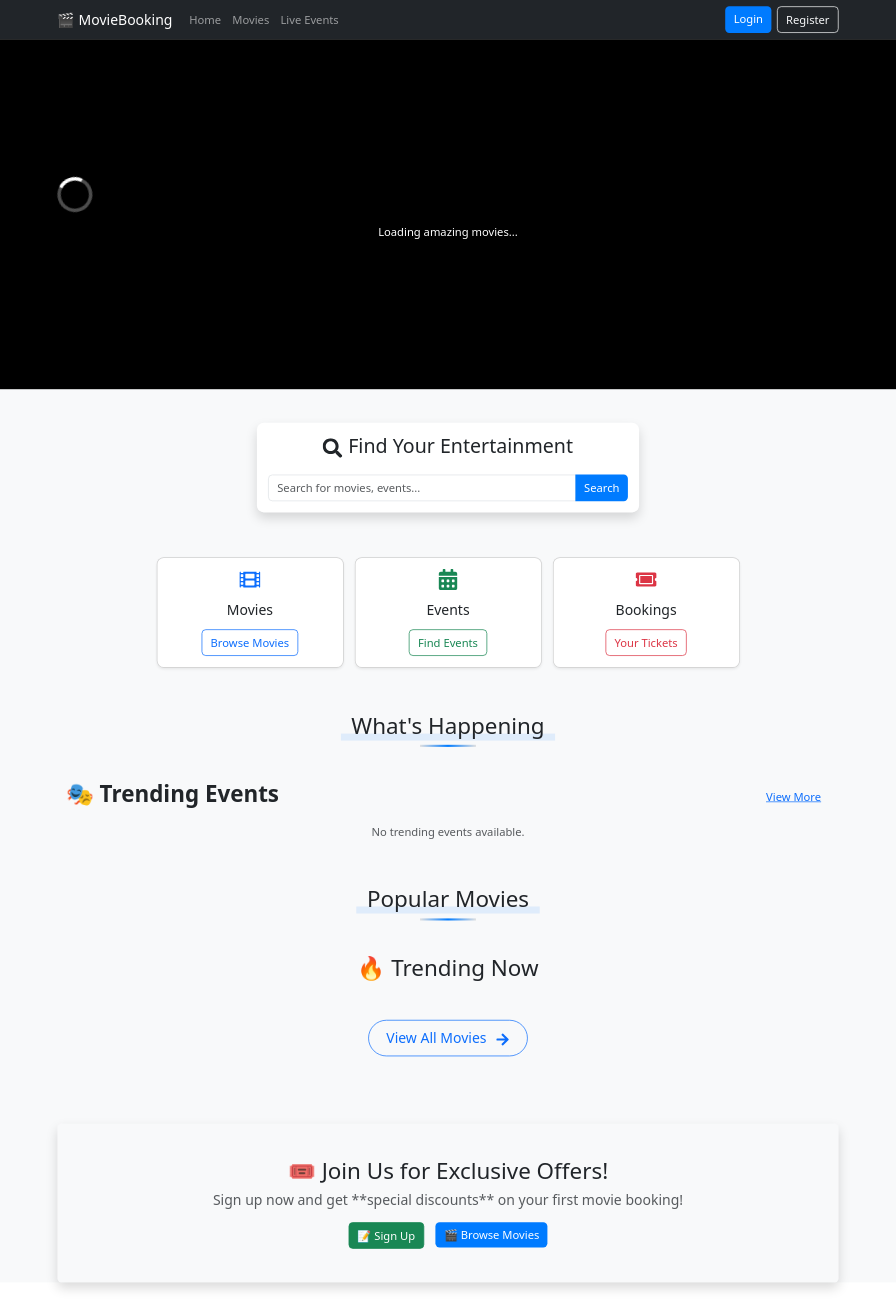
Repository: AshwinUgale/MovieBookingFrontend
Page: /
The author's editor kept a copy of each file at every save. The page is drawn from the files as they stood at one save, then again after the next save.
The browser window is 1280 px wide. The pictures show the whole page, at 70% of full size.
The page's requests for data from a server got no answer. The project was rebuilt for these pictures with package versions that can differ from the ones it lists, and the page was loaded fresh each time. No one was signed in, and anything a server would have sent is missing. Also part of the build but not shown: src/pages/LoginPage.js, src/pages/RegisterPage.js, src/pages/DashboardPage.js, src/utils/PrivateRoute.js, src/components/GenreSection.js, src/pages/MovieList.js, src/pages/ShowtimesPage.js, src/pages/AdminMoviePage.js and 8 more.

Above is the page before, as saved 2025-03-31 00:57:05.

### src/index.js
import React from 'react';
import ReactDOM from 'react-dom/client';
import 'bootstrap/dist/css/bootstrap.min.css';


import App from './App';


const root = ReactDOM.createRoot(document.getElementById('root'));
root.render(
  <React.StrictMode>
    <App />
  </React.StrictMode>
);

### src/App.js
import { BrowserRouter as Router, Routes, Route } from "react-router-dom";
import HomePage from "./pages/HomePage";
import LoginPage from "./pages/LoginPage";
import RegisterPage from "./pages/RegisterPage";
import DashboardPage from "./pages/DashboardPage";
import PrivateRoute from "./utils/PrivateRoute";
import MovieList from "./pages/MovieList";
import ShowtimesPage from "./pages/ShowtimesPage";
import AdminMoviePage from "./pages/AdminMoviePage";
import AdminShowtimePage from "./pages/AdminShowtimePage";
import ShowtimePage from "./pages/ShowtimePage";
import PaymentPage from "./pages/PaymentPage";
import BookingHistoryPage from "./pages/BookingHistoryPage";
import CustomNavbar from "./components/Navbar";
import AuthProvider from "./context/AuthContext";
import Events from "./pages/Events";



function App() {
  return (
    <AuthProvider>
    <Router>
      <CustomNavbar/>
      <Routes>
        {/* Public Routes */}
        <Route path="/" element={<HomePage />} />
        <Route path="/login" element={<LoginPage />} />
        <Route path="/register" element={<RegisterPage />} />
        <Route path="/movies" element={<MovieList />} />  {/* ✅ Updated path */}
        <Route path="/events" element={<Events />} />
        <Route path="/showtimes/fake/:movieId" element={<ShowtimesPage />} />  {/* ✅ Updated path */}
        <Route path="/showtime/:showtimeId" element={<ShowtimePage />} />
        <Route path="/payment/:bookingId" element={<PaymentPage />} />

        {/* Protected Routes */}
        <Route path="/dashboard" element={<PrivateRoute component={DashboardPage} />} />
        <Route path="/admin/movies" element={<PrivateRoute component={AdminMoviePage} />} />
        <Route path="/admin/showtimes" element={<PrivateRoute component={AdminShowtimePage} />} />
        <Route path="/bookings" element={<PrivateRoute component={BookingHistoryPage} />} />
      </Routes>
    </Router>
    </AuthProvider>
  );
}

export default App;

### src/components/Navbar.js
import { Link } from "react-router-dom";
import { useContext } from "react";
import { AuthContext } from "../context/AuthContext"; // ✅ Import AuthContext
import { Navbar, Nav, Container, Button } from "react-bootstrap"; // ✅ Import Bootstrap components

const CustomNavbar = () => {
    const { isAuthenticated, logout } = useContext(AuthContext); // ✅ Use authentication state

    return (
        <Navbar bg="dark" variant="dark" expand="lg">
            <Container>
                <Navbar.Brand as={Link} to="/">🎬 MovieBooking</Navbar.Brand>
                <Navbar.Toggle aria-controls="basic-navbar-nav" />
                <Navbar.Collapse id="basic-navbar-nav">
                    <Nav className="me-auto">
                        <Nav.Link as={Link} to="/">Home</Nav.Link>
                        <Nav.Link as={Link} to="/movies">Movies</Nav.Link>
                        <Nav.Link as={Link} to="/events">Live Events</Nav.Link>
                        {isAuthenticated && <Nav.Link as={Link} to="/bookings">My Bookings</Nav.Link>}
                    </Nav>
                    <Nav>
                        {!isAuthenticated ? (
                            <>
                                <Button variant="primary" as={Link} to="/login" className="mx-2">Login</Button>
                                <Button variant="outline-light" as={Link} to="/register">Register</Button>
                            </>
                        ) : (
                            <Button variant="outline-light" onClick={logout}>Logout</Button>
                        )}
                    </Nav>
                </Navbar.Collapse>
            </Container>
        </Navbar>
    );
};

export default CustomNavbar;

### src/context/AuthContext.js
import { createContext, useState, useEffect } from "react";

export const AuthContext = createContext();

const AuthProvider = ({ children }) => {
    const [isAuthenticated, setIsAuthenticated] = useState(!!localStorage.getItem("token"));

    useEffect(() => {
        const handleStorageChange = () => {
            setIsAuthenticated(!!localStorage.getItem("token"));
        };

        window.addEventListener("storage", handleStorageChange);

        return () => {
            window.removeEventListener("storage", handleStorageChange);
        };
    }, []);

    const login = (token) => {
        localStorage.setItem("token", token);
        setIsAuthenticated(true);
    };

    const logout = () => {
        localStorage.removeItem("token");
        setIsAuthenticated(false);
    };

    return (
        <AuthContext.Provider value={{ isAuthenticated, login, logout }}>
            {children}
        </AuthContext.Provider>
    );
};

export default AuthProvider;

### src/components/HeroSection.js
import React, { useEffect, useState } from "react";
import { Carousel, Container, Button, Row, Col, Badge } from "react-bootstrap";
import { fetchMovies } from "../services/api";
import { FaChevronLeft, FaChevronRight, FaStar, FaInfoCircle, FaTicketAlt, FaPlay } from "react-icons/fa";

const HeroSection = () => {
  const [movies, setMovies] = useState([]);
  const [loading, setLoading] = useState(true);
  const [index, setIndex] = useState(0);
  const [isTransitioning, setIsTransitioning] = useState(false);

  useEffect(() => {
    async function loadMovies() {
      try {
        const movieData = await fetchMovies();
        if (!movieData.length) return;

        // Process movie data to add ratings and genres
        const processedMovies = movieData.map(movie => ({
          ...movie,
          rating: movie.rating || (Math.floor(Math.random() * 20) + 70) / 10, // Random rating between 7-9.5 if none exists
          genres: movie.genres || ['Drama', 'Action'].slice(0, Math.floor(Math.random() * 2) + 1) // Random genres if none
        }));

        setMovies(processedMovies.slice(0, 5));
        setLoading(false);
      } catch (error) {
        console.error("Error fetching movies:", error);
      }
    }
    loadMovies();
  }, []);

  const handleSelect = (selectedIndex) => {
    setIsTransitioning(true);
    setIndex(selectedIndex);
    // Reset transition state after animation completes
    setTimeout(() => setIsTransitioning(false), 600);
  };

  // Custom carousel controls
  const CustomPrevButton = ({ onClick }) => (
    <Button
      onClick={onClick}
      className="carousel-control-prev-custom"
      aria-label="Previous slide"
    >
      <FaChevronLeft />
    </Button>
  );

  const CustomNextButton = ({ onClick }) => (
    <Button
      onClick={onClick}
      className="carousel-control-next-custom"
      aria-label="Next slide"
    >
      <FaChevronRight />
    </Button>
  );

  // Custom carousel indicators
  const CustomIndicators = ({ items, activeIndex, onSelect }) => (
    <div className="carousel-indicators-custom">
      {items.map((_, idx) => (
        <button
          key={idx}
          className={`carousel-indicator-dot ${idx === activeIndex ? 'active' : ''}`}
          onClick={() => onSelect(idx)}
          aria-label={`Slide ${idx + 1}`}
        />
      ))}
    </div>
  );

  if (loading) {
    return (
      <div className="hero-container loading-container">
        <Container className="py-5 text-center">
          <div className="loading-spinner"></div>
          <p className="text-white mt-3">Loading amazing movies...</p>
        </Container>
      </div>
    );
  }

  return (
    <div className="hero-container">
      <Carousel
        activeIndex={index}
        onSelect={handleSelect}
        fade
        interval={6000}
        className="hero-carousel"
        controls={false}
        indicators={false}
        pause="hover"
      >
        {movies.map((movie, slideIndex) => (
          <Carousel.Item key={slideIndex} className={isTransitioning ? 'transitioning' : ''} style={{zIndex: 10}}>
            <div className="hero-overlay"></div>
            <div className="hero-slide d-flex align-items-center">
              <Container>
                <Row className="align-items-center">
                  {/* Left Side: Image with animation */}
                  <Col md={6} className="text-center mb-4 mb-md-0">
                    <div className={`hero-image-container ${index === slideIndex ? 'active' : ''}`}>
                      <img
                        src={movie.posterUrl || "/fallback.jpg"}
                        alt={movie.title}
                        className="hero-img"
                        onError={(e) => {
                          e.target.onerror = null;
                          e.target.src = "/fallback.jpg";
                        }}
                      />
                      <div className="image-overlay-buttons">
                        <Button variant="light" className="play-trailer-btn">
                          <FaPlay className="me-1" />
                          Trailer
                        </Button>
                      </div>
                    </div>
                  </Col>

                  {/* Right Side: Details with staggered animations */}
                  <Col md={6} className="text-white text-start hero-content">
                    <div className={`hero-content-inner ${index === slideIndex ? 'active' : ''}`}>
                      <div className="movie-meta mb-3 delay-1">
                        <span className="rating me-3">
                          <FaStar className="text-warning me-1" />
                          {movie.rating}
                        </span>
                        {movie.genres && movie.genres.map((genre, i) => (
                          <Badge
                            key={i}
                            bg="secondary"
                            className="me-2 genre-badge"
                          >
                            {genre}
                          </Badge>
                        ))}
                      </div>

                      {/* Title */}
                      <h1 className="fw-bold mb-2 display-4 hero-title delay-2">
                        {movie.title}
                      </h1>

                      {/* Description */}
                      <p className="hero-description delay-3">
                        {movie.description
                          ? movie.description.substring(0, 140) + "..."
                          : "Experience the magic of cinema with this captivating film that will take you on an unforgettable journey."
                        }
                      </p>

                      {/* CTA Buttons */}
                      <div className="hero-cta delay-4">
                        <Button
                          variant="primary"
                          size="lg"
                          className="me-2 book-btn"
                          href={`/movies/${movie._id}`}
                        >
                          <FaTicketAlt className="me-2" />
                          Book Now
                        </Button>
                        <Button
                          variant="outline-light"
                          size="lg"
                          className="details-btn"
                          href={`/movies/${movie._id}/details`}
                        >
                          <FaInfoCircle className="me-2" />
                          Movie Details
                        </Button>
                      </div>
                    </div>
                  </Col>
                </Row>
              </Container>
            </div>
          </Carousel.Item>
        ))}
      </Carousel>

      {/* Custom Controls */}
      <CustomPrevButton onClick={() => handleSelect(index === 0 ? movies.length - 1 : index - 1)} />
      <CustomNextButton onClick={() => handleSelect(index === movies.length - 1 ? 0 : index + 1)} />

      {/* Custom Indicators */}
      <CustomIndicators
        items={movies}
        activeIndex={index}
        onSelect={handleSelect}
      />
    </div>
  );
};

// Enhanced Styles
const heroStyle = `
  .hero-container {
    background: #000;
    position: relative;
    overflow: hidden;
    padding: 0;
  }

  /* Loading State */
  .loading-container {
    min-height: 500px;
    display: flex;
    align-items: center;
    justify-content: center;
  }

  .loading-spinner {
    width: 50px;
    height: 50px;
    border: 5px solid rgba(255, 255, 255, 0.3);
    border-radius: 50%;
    border-top-color: #fff;
    animation: spin 1s ease-in-out infinite;
  }

  @keyframes spin {
    to { transform: rotate(360deg); }
  }

  /* Hero Background and Overlay */
  .hero-overlay {
    position: absolute;
    top: 0;
    left: 0;
    right: 0;
    bottom: 0;
    background: linear-gradient(to right, rgba(0,0,0,0.7) 0%, rgba(0,0,0,0.3) 50%, rgba(0,0,0,0.7) 100%);
    z-index: 1;
  }

  .hero-slide {
    position: relative;
    z-index: 3;
    min-height: 600px;
    display: flex;
    align-items: center;
  }

  /* Image Container with Effects */
  .hero-image-container {
    position: relative;
    transition: transform 0.8s cubic-bezier(0.25, 0.46, 0.45, 0.94), opacity 0.6s ease;
    transform: translateY(30px);
    opacity: 0;
    border-radius: 12px;
    overflow: hidden;
    box-shadow: 0 15px 35px rgba(0, 0, 0, 0.5);
    max-width: 320px;
    height: 450px;
    margin: 0 auto;
  }

  .hero-image-container.active {
    transform: translateY(0);
    opacity: 1;
  }

  .hero-img {
    width: 100%;
    height: 100%;
    object-fit: cover;
    object-position: center top;
    border-radius: 12px;
    transition: transform 0.5s ease;
  }

  .hero-image-container:hover .hero-img {
    transform: scale(1.03);
  }

  /* Play Trailer Button */
  .image-overlay-buttons {
    position: absolute;
    top: 0;
    left: 0;
    right: 0;
    bottom: 0;
    display: flex;
    align-items: center;
    justify-content: center;
    background: rgba(0, 0, 0, 0.4);
    opacity: 0;
    transition: opacity 0.3s ease;
    border-radius: 15px;
  }

  .hero-image-container:hover .image-overlay-buttons {
    opacity: 1;
  }

  .play-trailer-btn {
    background: white;
    padding: 8px 24px;
    border-radius: 30px;
    border: none;
    box-shadow: 0 2px 8px rgba(0, 0, 0, 0.5);
    transition: all 0.2s ease;
    font-weight: 500;
    font-size: 0.95rem;
    color: #000;
    display: inline-flex;
    align-items: center;
  }

  .play-trailer-btn .fa-play {
    font-size: 0.8rem;
  }

  .play-trailer-btn:hover {
    transform: scale(1.05);
    background-color: #fff;
  }

  /* Content Animations */
  .hero-content-inner {
    opacity: 0;
    transition: opacity 0.4s ease-in;
  }

  .hero-content-inner.active {
    opacity: 1;
  }

  .hero-content-inner.active > * {
    animation: fadeInUp 0.8s forwards;
    opacity: 1;
  }

  .delay-1 { animation-delay: 0.1s !important; }
  .delay-2 { animation-delay: 0.2s !important; }
  .delay-3 { animation-delay: 0.3s !important; }
  .delay-4 { animation-delay: 0.4s !important; }
  .delay-5 { animation-delay: 0.5s !important; }

  @keyframes fadeInUp {
    from {
      opacity: 0;
      transform: translateY(20px);
    }
    to {
      opacity: 1;
      transform: translateY(0);
    }
  }

  /* Text Styling */
  .hero-title {
    text-shadow: 0 2px 4px rgba(0, 0, 0, 0.5);
    margin-bottom: 15px;
    font-weight: 800;
  }

  .hero-description {
    font-size: 1.1rem;
    margin-bottom: 25px;
    opacity: 0.9;
    max-width: 90%;
    line-height: 1.6;
  }

  .movie-meta {
    display: flex;
    align-items: center;
    flex-wrap: wrap;
    margin-bottom: 20px;
  }

  .rating {
    font-weight: bold;
    font-size: 1.1rem;
  }

  .genre-badge {
    font-weight: normal;
    padding: 6px 12px;
    border-radius: 20px;
    margin-bottom: 5px;
  }

  /* Carousel Controls */
  .carousel-control-prev-custom, .carousel-control-next-custom {
    position: absolute;
    top: 50%;
    transform: translateY(-50%);
    background: rgba(0, 0, 0, 0.3);
    border: none;
    width: 40px;
    height: 40px;
    display: flex;
    align-items: center;
    justify-content: center;
    color: #fff;
    z-index: 10;
    border-radius: 50%;
    transition: all 0.2s ease;
    opacity: 0.6;
    font-size: 0.9rem;
  }

  .carousel-control-prev-custom:hover, .carousel-control-next-custom:hover {
    background: rgba(0, 0, 0, 0.5);
    opacity: 1;
    transform: translateY(-50%);
  }

  .carousel-control-prev-custom { left: 10px; }
  .carousel-control-next-custom { right: 10px; }

  /* Custom Indicators */
  .carousel-indicators-custom {
    position: absolute;
    bottom: 20px;
    left: 0;
    right: 0;
    display: flex;
    justify-content: center;
    z-index: 15;
  }

  .carousel-indicator-dot {
    width: 10px;
    height: 10px;
    margin: 0 5px;
    border-radius: 50%;
    background-color: rgba(255, 255, 255, 0.4);
    border: none;
    cursor: pointer;
    transition: all 0.3s ease;
  }

  .carousel-indicator-dot.active {
    background-color: #fff;
    transform: scale(1.2);
  }

  /* Transition Effects */
  .transitioning .hero-content-inner.active > * {
    animation: none;
    opacity: 0;
  }

  .transitioning .hero-image-container.active {
    opacity: 0.7;
  }

  /* Responsive Adjustments */
  @media (max-width: 991px) {
    .hero-image-container {
      max-width: 280px;
      height: 400px;
    }
  }

  @media (max-width: 767px) {
    .hero-slide {
      min-height: 500px;
    }

    .hero-title {
      font-size: 2rem;
    }

    .hero-description {
      font-size: 1rem;
    }

    .hero-image-container {
      max-width: 220px;
      height: 330px;
    }
  }

  /* Hero Content Visibility */
  .hero-content {
    position: relative;
    z-index: 20;
  }

  /* Button Styles */
  .book-btn, .details-btn {
    z-index: 20;
    position: relative;
    opacity: 1 !important;
    transform: none !important;
    animation: none !important;
  }

  .book-btn {
    background-color: #007bff;
    border-color: #007bff;
    padding: 10px 20px;
    font-weight: 500;
  }

  .details-btn {
    border-color: #fff;
    color: #fff;
    padding: 10px 20px;
    font-weight: 500;
    background: transparent;
  }

  /* Fix animation issues */
  @keyframes fadeInUp {
    from {
      opacity: 0;
      transform: translateY(20px);
    }
    to {
      opacity: 1;
      transform: translateY(0);
    }
  }

  /* Disable transitions during transition state */
  .transitioning .hero-content-inner.active > * {
    animation: none !important;
    opacity: 1 !important;
  }
`;

// Inject styles directly into the page
const styleTag = document.createElement("style");
styleTag.innerHTML = heroStyle;
document.head.appendChild(styleTag);

export default HeroSection;

### src/components/TrendingMovies.js
import React, { useEffect, useState } from "react";
import api from "../services/api";
import { Card, Row, Col } from "react-bootstrap";

const TrendingMovies = () => {
  const [movies, setMovies] = useState([]);

  useEffect(() => {
    async function fetchMovies() {
      try {
        const response = await api.get("/movies");
        setMovies(response.data.slice(0, 6)); // Show 6 trending movies
      } catch (error) {
        console.error("Error fetching movies:", error);
      }
    }
    fetchMovies();
  }, []);

  return (
    <div className="container my-5">
      <h2 className="text-center">🔥 Trending Now</h2>
      <Row>
        {movies.map(movie => (
          <Col key={movie._id} md={4} className="mb-4">
            <Card>
              <Card.Img variant="top" src={movie.posterUrl || "/default-poster.jpg"} />
              <Card.Body>
                <Card.Title>{movie.title}</Card.Title>
                <a href={`/movies/${movie._id}`} className="btn btn-primary">View Details</a>
              </Card.Body>
            </Card>
          </Col>
        ))}
      </Row>
    </div>
  );
};

export default TrendingMovies;

### src/components/CallToAction.js
import React from "react";
import { Container, Button } from "react-bootstrap";
import { Link } from "react-router-dom";

const CallToAction = () => {
  return (
    <Container className="text-center my-5 py-5 bg-light rounded shadow">
      <h2 className="text-dark">🎟️ Join Us for Exclusive Offers!</h2>
      <p className="lead text-muted">
        Sign up now and get **special discounts** on your first movie booking!
      </p>
      <div className="d-flex justify-content-center">
        <Link to="/register">
          <Button variant="success" className="mx-2">📝 Sign Up</Button>
        </Link>
        <Link to="/movies">
          <Button variant="primary" className="mx-2">🎬 Browse Movies</Button>
        </Link>
      </div>
    </Container>
  );
};

export default CallToAction;

Loaded but not shown: public/index.html (common file); src/pages/HomePage.js (215 lines, source omitted); src/services/api.js (164 lines, source omitted); src/components/TrendingEvents.js (110 lines, source omitted)

After the next save:
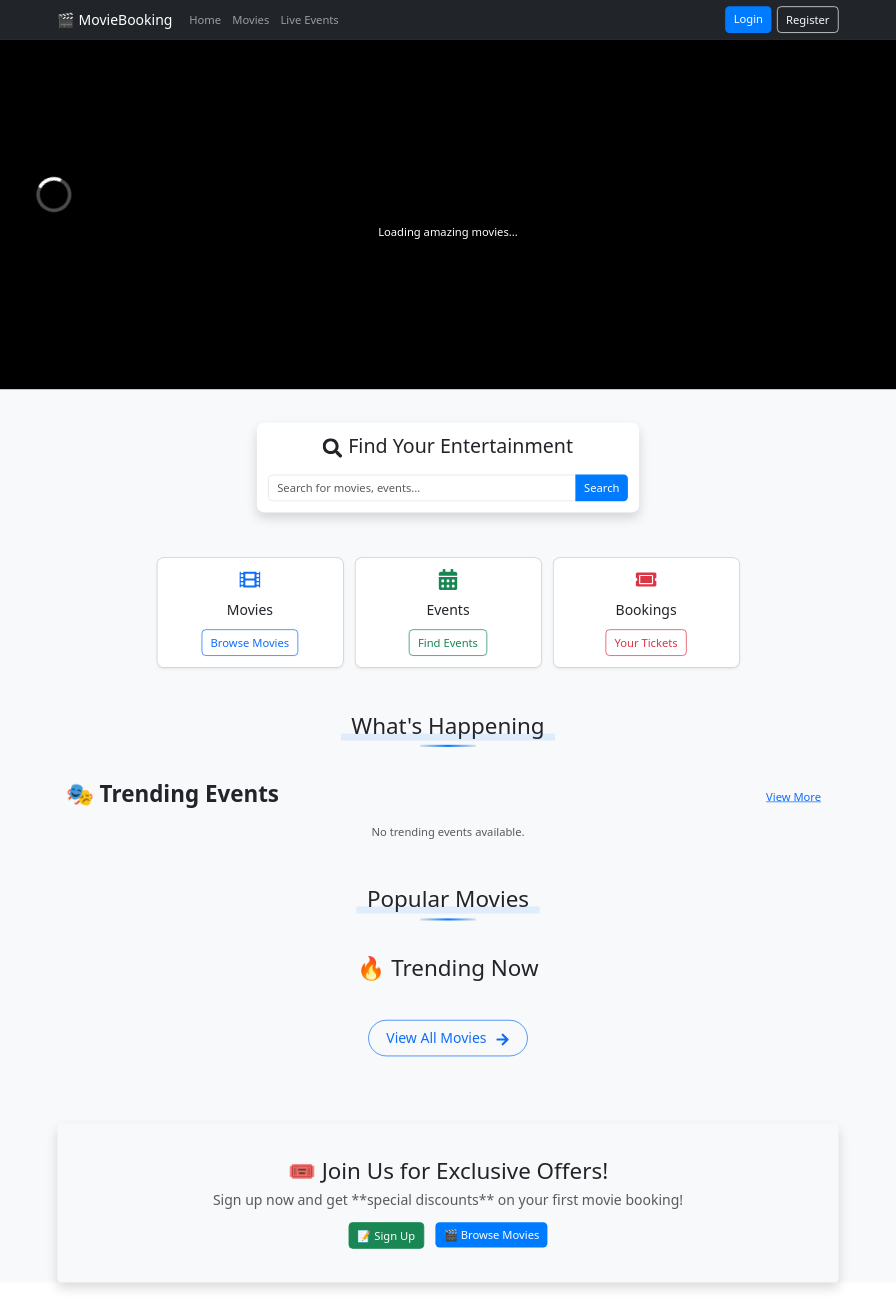
Saved 10 s later.
--- a/src/components/HeroSection.js
+++ b/src/components/HeroSection.js
@@ -243,9 +243,10 @@ const heroStyle = `
   .hero-slide {
     position: relative;
     z-index: 3;
-    min-height: 600px;
+    min-height: 650px;
     display: flex;
     align-items: center;
+    padding: 40px 0;
   }
 
   /* Image Container with Effects */
@@ -529,6 +530,11 @@ const heroStyle = `
     animation: none !important;
     opacity: 1 !important;
   }
+
+  /* Custom container for the hero section */
+  .hero-container .container {
+    max-width: 1200px;
+  }
 `;
 
 // Inject styles directly into the page
